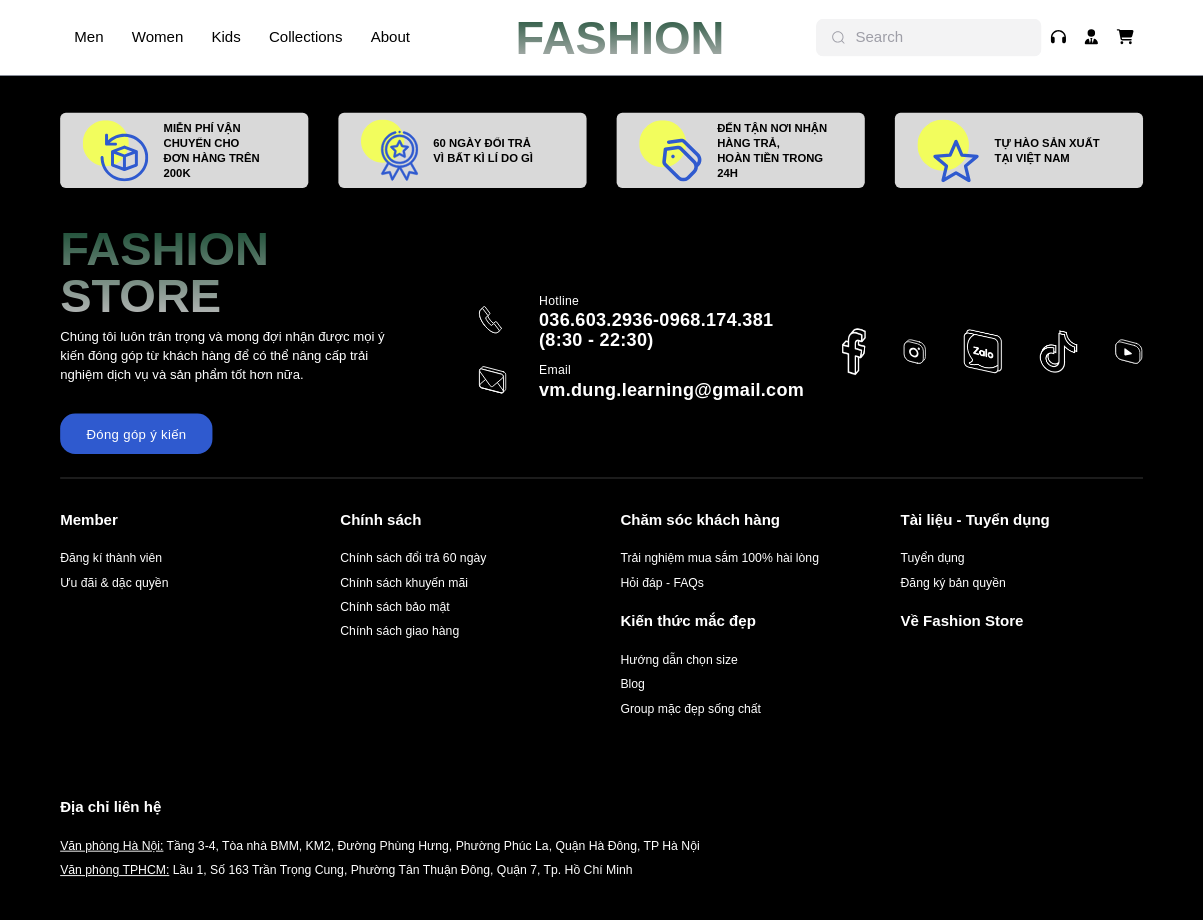
Repository: VuSnow/Software_Engineering
Page: /CartPayment
These files come from the project's save history. The page is drawn as it stood at one moment and after the next save; the edit follows.
The browser window is 1280 px wide. The pictures show the whole page, at 94% of full size.
The project was rebuilt for these pictures with package versions that can differ from the ones it lists, and the page was loaded fresh each time. The framework's server and built-in components were replaced by stand-ins that run in the browser. Also part of the build but not shown: next.config.js, src/components/cart/CartItem/CartItem.tsx, src/components/cart/Cart.tsx, src/app/Login/page.tsx, src/app/register/page.tsx, src/app/forgorPassword/page.tsx.

Above is the page before, as saved 2023-06-27 12:50:31.

### src/app/layout.tsx
"use client";
import Header from "@/components/header/Header";
import "./globals.css";
import { Inter } from "next/font/google";
import Footer from "@/components/footer/Footer";

const inter = Inter({ subsets: ["latin"] });

export const metadata = {
  title: "Create Next App",
  description: "Generated by create next app",
};
export default function RootLayout({
  children,
}: {
  children: React.ReactNode;
}) {
  return (
    <html lang="en">
      <body>
        <Header />
        {children}
        <Footer />
      </body>
    </html>
  );
}

### src/app/CartPayment/page.tsx
import React from "react";

const CartPayment = () => {
  return (
    <section className="cartPayment">
      <div className="cart-container">
        <div className="contain">
          <div className="cart-left-section">
            <div className="deli-information">
              <div className="cart-title">
                <div className="title">Thông tin vận chuyển</div>
                <div className="action">
                  Bạn đã có tài khoản? <a href="/"></a>
                </div>
              </div>
            </div>
            <div className="payment-method"></div>
            <div className="payment-button"></div>
          </div>
          <div className="cart-right-section"></div>
        </div>
      </div>
    </section>
  );
};

export default CartPayment;

### src/components/header/Header.tsx
import React, { useState, useEffect, useContext } from "react";
import { FontAwesomeIcon } from "@fortawesome/react-fontawesome";
import {
  faBars,
  faHeadphones,
  faUserTie,
  faCartShopping,
  faXmark,
  faPlus,
  faMinus,
} from "@fortawesome/free-solid-svg-icons";
import Cart from "../cart/Cart";
import Login from "@/app/Login/page";
import Register from "@/app/register/page";
import ForgotPassword from "@/app/forgorPassword/page";
const Header = () => {
  const [showLoginModal, setShowLoginModal] = useState<Boolean>(false);
  const [showRegisterModal, setShowRegisterModal] = useState<Boolean>(false);
  const [showForgotPassword, setShowForgotPassword] = useState<Boolean>(false);
  const [classNav, setClassNav] = useState<String>(
    "opacity-0 invisible -left-full"
  );
  const [showCart, setShowCart] = useState(false);
  const showNav = () => {
    setClassNav("opacity-1 visible left-0");
  };
  const closeNav = () => {
    setClassNav("opacity-0 invisible -left-full");
  };
  return (
    <>
      {showLoginModal ? (
        <Login
          setShowLoginModal={setShowLoginModal}
          setShowRegisterModal={setShowRegisterModal}
          setShowForgotPassword={setShowForgotPassword}
        />
      ) : null}
      {showRegisterModal ? (
        <Register
          setShowRegisterModal={setShowRegisterModal}
          setShowLoginModal={setShowLoginModal}
        />
      ) : null}
      {showForgotPassword ? (
        <ForgotPassword setShowForgotPassword={setShowForgotPassword} />
      ) : null}
      <header className="text-black mb-4 fixed block top-0 left-0 right-0 bg-white w-full border-b border-gray-500 z-[99] px-[5%]">
        <div className="flex tablet: justify-between h-20 items-center mr-auto ml-auto max-w-full">
          <nav className="main-menu">
            <div className="mobile-menu cursor-pointer max-tablet:block hidden">
              <FontAwesomeIcon icon={faBars} size="2xl" onClick={showNav} />
            </div>
            <ul className="menu max-tablet:hidden flex">
              <li className="p-[15px] cursor-pointer">Men</li>
              <li className="p-[15px] cursor-pointer">Women</li>
              <li className="p-[15px] cursor-pointer">Kids</li>
              <li className="p-[15px] cursor-pointer">Collections</li>
              <li className="p-[15px] cursor-pointer">About</li>
            </ul>
            <div
              className={`sub-mobile-menu fixed top-0 right-0 bottom-[45px] bg-white z-[1000] pt-16 pr-4 pb-0 pl-4 ${classNav} overflow-y-auto`}
            >
              <div className="box-action bg-[#343a40] flex items-center justify-center rounded-tl-xl h-12 rounded-br-xl mb-[30px]">
                <a
                  href="#"
                  className="action-login text-white text-center text-[18px]"
                >
                  Đăng nhập
                </a>
              </div>
              <ul className="menu-mb">
                <li className="mb-[30px] pr-2 flex justify-between">
                  <a href="#">Men </a>
                  <span className="arrow">
                    <FontAwesomeIcon icon={faPlus} />
                    <FontAwesomeIcon icon={faMinus} className="hidden" />
                  </span>
                </li>
                <li className="mb-[30px] pr-2 flex justify-between">
                  <a href="#">Women </a>
                  <span className="arrow">
                    <FontAwesomeIcon icon={faPlus} />
                    <FontAwesomeIcon icon={faMinus} className="hidden" />
                  </span>
                </li>
                <li className="mb-[30px] pr-2 flex justify-between">
                  <a href="#">Kids </a>
                  <span className="arrow">
                    <FontAwesomeIcon icon={faPlus} />
                    <FontAwesomeIcon icon={faMinus} className="hidden" />
                  </span>
                </li>
                <li className="mb-[30px] pr-2 flex justify-between">
                  <a href="#">Collections </a>
                  <span className="arrow">
                    <FontAwesomeIcon icon={faPlus} />
                    <FontAwesomeIcon icon={faMinus} className="hidden" />
                  </span>
                </li>
                <li className="mb-[30px] pr-2 flex justify-between">
                  <a href="#">About </a>
                  <span className="arrow">
                    <FontAwesomeIcon icon={faPlus} />
                    <FontAwesomeIcon icon={faMinus} className="hidden" />
                  </span>
                </li>
              </ul>
              <div className="close-menu absolute top-[25px] left-[25px] text-[24px] text-black">
                <FontAwesomeIcon icon={faXmark} onClick={closeNav} />
              </div>
            </div>
          </nav>
          <div className="logo-brand">
            <a
              href="/"
              className="font-bold font-kumbhsan"
              style={{
                fontSize: "50px",
                background: "linear-gradient(to bottom, #194c33, #bbb)",
                WebkitBackgroundClip: "text",
                WebkitTextFillColor: "transparent",
                textTransform: "uppercase",
              }}
            >
              Fashion
            </a>
          </div>
          <div className="right-header flex">
            <form
              action="search"
              name="form-search"
              className="flex leading-7 items-center relative max-w-[240px] max-mobile:hidden"
            >
              <svg
                className="icon absolute left-4 fill-[#9e9ea7] w-4 h-4"
                aria-hidden="true"
                viewBox="0 0 24 24"
              >
                <g>
                  <path d="M21.53 20.47l-3.66-3.66C19.195 15.24 20 13.214 20 11c0-4.97-4.03-9-9-9s-9 4.03-9 9 4.03 9 9 9c2.215 0 4.24-.804 5.808-2.13l3.66 3.66c.147.146.34.22.53.22s.385-.073.53-.22c.295-.293.295-.767.002-1.06zM3.5 11c0-4.135 3.365-7.5 7.5-7.5s7.5 3.365 7.5 7.5-3.365 7.5-7.5 7.5-7.5-3.365-7.5-7.5z"></path>
                </g>
              </svg>
              <input
                type="text"
                placeholder="Search"
                className=" w-full h-[40px] leading-7 p-0 pl-10 pr-4 border-2 border-solid border-transparent rounded-lg outline-none bg-[#f3f3f4] text-[#0d0c22] transition-all placeholder:text-[#9e9ea7] focus:outline-none focus:border-[rgba(234,76,137,0.4)] focus:bg-white focus:shadow-md"
              />
            </form>
            <div className="header-action flex">
              <div className="item wallet m-[10px] max-mobile:hidden cursor-pointer">
                <FontAwesomeIcon icon={faHeadphones} />
              </div>
              <div
                className="item person m-[10px] cursor-pointer"
                onClick={() => setShowLoginModal(!showLoginModal)}
              >
                <FontAwesomeIcon icon={faUserTie} />
              </div>
              <div
                className="item cart m-[10px] cursor-pointer"
                onClick={() => setShowCart(true)}
              >
                <FontAwesomeIcon icon={faCartShopping} />
              </div>
            </div>
          </div>
        </div>
      </header>
      {showCart && <Cart setShowCart={setShowCart} />}
    </>
  );
};

export default Header;

### src/app/globals.css
@tailwind base;
@tailwind components;
@tailwind utilities;

:root {
  --foreground-rgb: 0, 0, 0;
  --background-start-rgb: 214, 219, 220;
  --background-end-rgb: 255, 255, 255;
}

@media (prefers-color-scheme: dark) {
  :root {
    --foreground-rgb: 255, 255, 255;
    --background-start-rgb: 0, 0, 0;
    --background-end-rgb: 0, 0, 0;
  }
}
body {
  display: flex;
  flex-direction: column;
  justify-content: space-between;
  font-family: "Kumbh Sans", sans-serif;
}

### src/components/footer/Footer.tsx
import React from "react";
import logo from "./logo.png";
import Image from "next/image";
import Link from "next/link";
import dmca from "./dmca.png";
import congthuong from "./img-congthuong.png";
import hotlineIcon from "./icon-hotline.svg";
import emailIcon from "./icon-email.svg";
import facebookIcon from "./facebook.webp";
import zaloIcon from "./zalo.webp";
import instaIcon from "./icon-instar.svg";
import youtubeIcon from "./icon-youtube.svg";
import tiktokIcon from "./tiktok.webp";
import HomepageService from "../HomepageService/HomepageService";

const Footer = () => {
  return (
    <footer className="text-white flex justify-center items-center bg-black px-[5%] leading-[160%] mt-8">
      <div className="container-footer w-full">
        <HomepageService />
        <div className="footer-top text-sm">
          <div className="top-sidebar flex justify-between items-center gap-[8%] mb-8 w-full border-b border-[#d9d9d942] desktop:flex-col desktop:items-start">
            <div className="flex-[1]">
              <h4
                className=" font-semibold text-[22px] mb-2 text-[#fff] leading-[100%]"
                style={{
                  fontSize: "50px",
                  background: "linear-gradient(to bottom, #194c33, #bbb)",
                  WebkitBackgroundClip: "text",
                  WebkitTextFillColor: "transparent",
                  textTransform: "uppercase",
                }}
              >
                Fashion Store
              </h4>
              <p className="description font-normal text-left mb-8">
                Chúng tôi luôn trân trọng và mong đợi nhận được mọi ý kiến đóng
                góp từ khách hàng để có thể nâng cấp trải nghiệm dịch vụ và sản
                phẩm tốt hơn nữa.
              </p>
              <Link
                href="#"
                target="_blank"
                className="support-btn inline-flex justify-center items-center h-[43px] bg-[#2f5acf] rounded-2xl py-0 px-7 font-medium tracking-wide mb-[25px] border-0"
              >
                Đóng góp ý kiến
              </Link>
            </div>
            <div className=" flex justify-between w-full flex-[2] items-center max-tablet:flex-col max-tablet:items-start max-tablet:gap-6 max-tablet:mb-8 gap-10">
              <div className="flex-[1]">
                <div className="hotline flex gap-8 items-center w-fit font-medium text-[13px] leading-[160%] tracking-wide mb-3 justify-start">
                  <div className="icon h-8 w-8">
                    <Image src={hotlineIcon} alt="Hotline Icon" />
                  </div>
                  <div className="content">
                    <span>Hotline</span>
                    <p className="description block text-[1.2rem] font-semibold">
                      <Link href="tel: 0366032936">036.603.2936</Link>-
                      <Link href="tel: 0968174381">0968.174.381</Link>
                      <br />
                      <span>(8:30 - 22:30)</span>
                    </p>
                  </div>
                </div>
                <div className="email flex gap-8 items-center font-medium text-[13px] leading-[160%] tracking-wide mb-3 justify-start">
                  <div className="icon h-8 w-8">
                    <Image src={emailIcon} alt="Email Icon" />
                  </div>
                  <div className="content ">
                    <span>Email</span>
                    <p className=" text-[1.2rem] font-semibold">
                      <Link href="mailto: vm.dung.learning@gmail.com">
                        vm.dung.learning@gmail.com
                      </Link>
                    </p>
                  </div>
                </div>
              </div>
              <div className="social mt-0 h-[130px] flex justify-end items-center flex-[1] gap-10">
                <Link
                  href="https://www.facebook.com/dung.vuminh.315080/"
                  className="flex justify-center items-center"
                  target="_blank"
                >
                  <Image
                    src={facebookIcon}
                    alt=""
                    className=" max-h-[100px] w-full min-h-[50px]"
                  />
                </Link>
                <Link
                  href="https://www.instagram.com/v.m.dung.36/"
                  className="flex justify-center items-center"
                  target="_blank"
                >
                  <Image
                    src={instaIcon}
                    alt=""
                    className=" max-h-[100px] w-full min-h-[50px]"
                  />
                </Link>
                <Link
                  href="https://zalo.me/0366032936"
                  className="flex justify-center items-center"
                  target="_blank"
                >
                  <Image
                    src={zaloIcon}
                    alt=""
                    className=" max-h-[100px] w-full min-h-[50px]"
                  />
                </Link>
                <Link
                  href="https://www.instagram.com/v.m.dung.36/"
                  className="flex justify-center items-center"
                  target="_blank"
                >
                  <Image
                    src={tiktokIcon}
                    alt=""
                    className=" max-h-[100px] w-full min-h-[50px]"
                  />
                </Link>
                <Link
                  href="https://www.instagram.com/v.m.dung.36/"
                  className="flex justify-center items-center"
                  target="_blank"
                >
                  <Image
                    src={youtubeIcon}
                    alt=""
                    className=" max-h-[100px] w-full min-h-[50px]"
                  />
                </Link>
              </div>
            </div>
          </div>
          <div className="top-menu"></div>
        </div>
        <div className="footer-bottom">
          <div className="footer-menu flex justify-between flex-wrap gap-10">
            <div className="footer-item flex-[1] text-[13px] leading-[200%] text-[d9d9d9] min-w-[200px] mb-10">
              <h4 className="text-[#fff] font-semibold mb-4 mt-0 text-base">
                Member
              </h4>
              <ul>
                <li>Đăng kí thành viên</li>
                <li>Ưu đãi & dặc quyền</li>
              </ul>
            </div>
            <div className="footer-item flex-[1] text-[13px] leading-[200%] text-[d9d9d9] min-w-[200px] mb-10">
              <h4 className="text-[#fff] font-semibold mb-4 mt-0 text-base">
                Chính sách
              </h4>
              <ul>
                <li>Chính sách đổi trả 60 ngày</li>
                <li>Chính sách khuyến mãi</li>
                <li>Chính sách bảo mật</li>
                <li>Chính sách giao hàng</li>
              </ul>
            </div>
            <div className="footer-item flex-[1] text-[13px] leading-[200%] text-[d9d9d9] min-w-[200px] mb-10">
              <h4 className="text-[#fff] font-semibold mb-4 mt-0 text-base">
                Chăm sóc khách hàng
              </h4>
              <ul>
                <li>Trải nghiệm mua sắm 100% hài lòng</li>
                <li>Hỏi đáp - FAQs</li>
              </ul>
              <h4 className="text-[#fff] font-semibold mb-4 text-base mt-4">
                Kiến thức mắc đẹp
              </h4>
              <ul>
                <li>Hướng dẫn chọn size</li>
                <li>Blog</li>
                <li>Group mặc đẹp sống chất</li>
              </ul>
            </div>
            <div className="footer-item flex-[1] text-[13px] leading-[200%] text-[d9d9d9] min-w-[200px] mb-10">
              <h4 className="text-[#fff] font-semibold mb-4 mt-0 text-base">
                Tài liệu - Tuyển dụng
              </h4>
              <ul>
                <li>Tuyển dụng</li>
                <li>Đăng ký bản quyền</li>
              </ul>
              <h4 className="text-[#fff] font-semibold mb-4 text-base mt-4">
                Về Fashion Store
              </h4>
            </div>
            <div className="footer-item flex-[1] text-[13px] leading-[200%] text-[d9d9d9] min-w-[200px] mb-10">
              <h4 className="text-[#fff] font-semibold mb-4 mt-0 text-base">
                Địa chỉ liên hệ
              </h4>
              <p>
                <u>Văn phòng Hà Nội:</u> Tầng 3-4, Tòa nhà BMM, KM2, Đường Phùng
                Hưng, Phường Phúc La, Quận Hà Đông, TP Hà Nội
              </p>
              <p>
                <u>Văn phòng TPHCM:</u> Lầu 1, Số 163 Trần Trọng Cung, Phường
                Tân Thuận Đông, Quận 7, Tp. Hồ Chí Minh
              </p>
            </div>
          </div>
        </div>
      </div>
    </footer>
  );
};

export default Footer;

Loaded but not shown: tailwind.config.js (39 lines, source omitted); src/components/HomepageService/HomepageService.tsx (143 lines, source omitted)

After the next save:
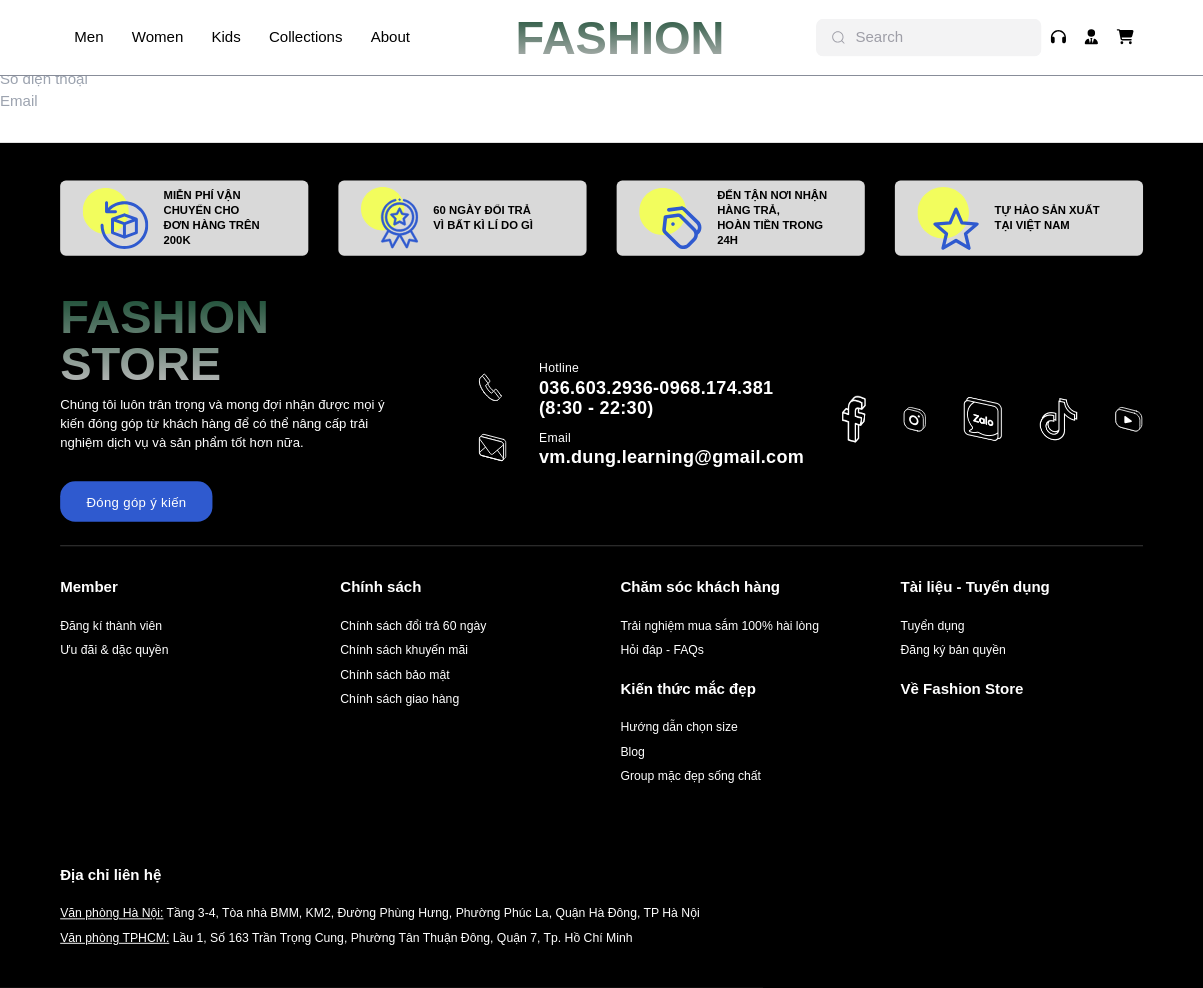
Saved 4 min 13 s later.
--- a/src/app/CartPayment/page.tsx
+++ b/src/app/CartPayment/page.tsx
@@ -10,7 +10,35 @@
               <div className="cart-title">
                 <div className="title">Thông tin vận chuyển</div>
                 <div className="action">
-                  Bạn đã có tài khoản? <a href="/"></a>
+                  Bạn đã có tài khoản? <a href="/">Đăng nhập ngay</a>
+                </div>
+              </div>
+              <div className="customer-info">
+                <div className="name">
+                  <div className="name-input">
+                    <input
+                      type="text"
+                      name="full_name"
+                      placeholder="Họ và tên"
+                      className="form-control"
+                    />
+                  </div>
+                  <div className="number-input">
+                    <input
+                      type="tel"
+                      name="phone"
+                      placeholder="Số điện thoại"
+                      className="form-control"
+                    />
+                  </div>
+                </div>
+                <div className="email">
+                  <input
+                    type="email"
+                    name="email"
+                    placeholder="Email"
+                    className="form-control"
+                  />
                 </div>
               </div>
             </div>
